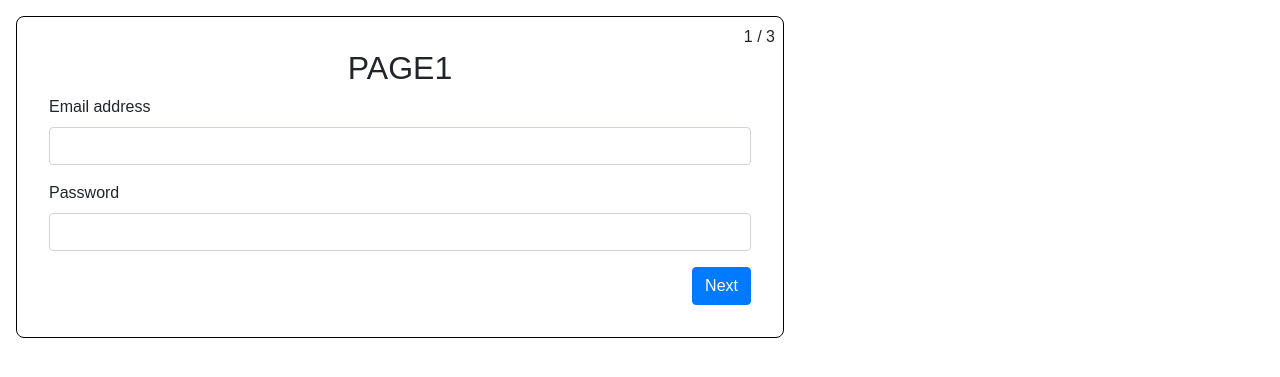
Repository: Aminox84/frontend-main
Page: /
The author's editor kept a copy of each file at every save. The page is drawn from the files as they stood at one save, then again after the next save.
The browser window is 1280 px wide. The pictures show the whole page.
The project was rebuilt for these pictures with package versions that can differ from the ones it lists, and the page was loaded fresh each time. Also part of the build but not shown: src/AddressForm.tsx, src/AccountForm.tsx.

Above is the page before, as saved 2022-12-29 19:43:13.

After the next save:
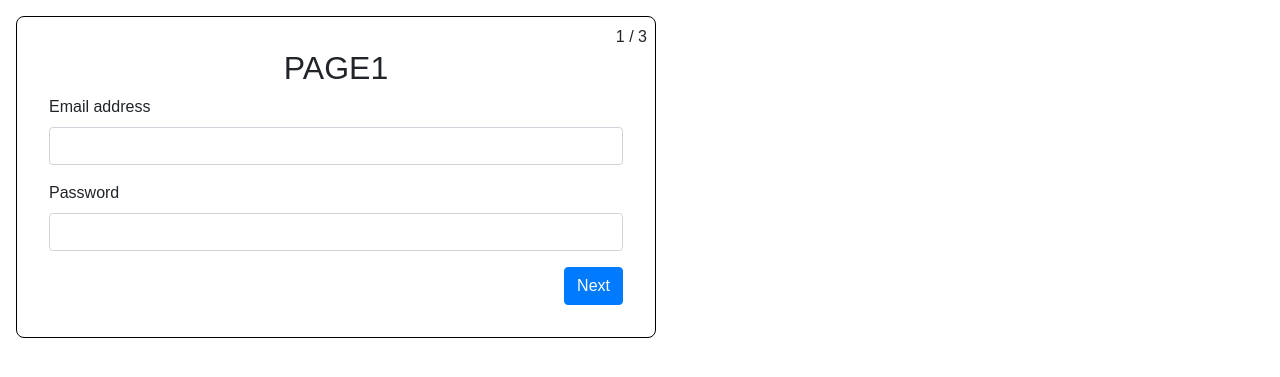
Saved 23 s later.
--- a/src/App.tsx
+++ b/src/App.tsx
@@ -11,7 +11,7 @@ function App() {
 const {steps,currentStepIndex,step,isFirstStep,isLastStep,back,next} = useMultistepForm([<UserForm />,<AddressForm />,<AccountForm />])
 
   return (
-    <div style={{position:"relative",background:"white",border:"1px solid  black",padding:"2rem",margin:"1rem",borderRadius:".5rem",fontFamily:"Arial",width:"60%"}}>
+    <div style={{position:"relative",background:"white",border:"1px solid  black",padding:"2rem",margin:"1rem",borderRadius:".5rem",fontFamily:"Arial",width:"50%",}}>
       <form>
        <div style={{position:"absolute",top:".5rem",right:".5rem"}}> {currentStepIndex + 1} / {steps.length}</div>
        {step}
